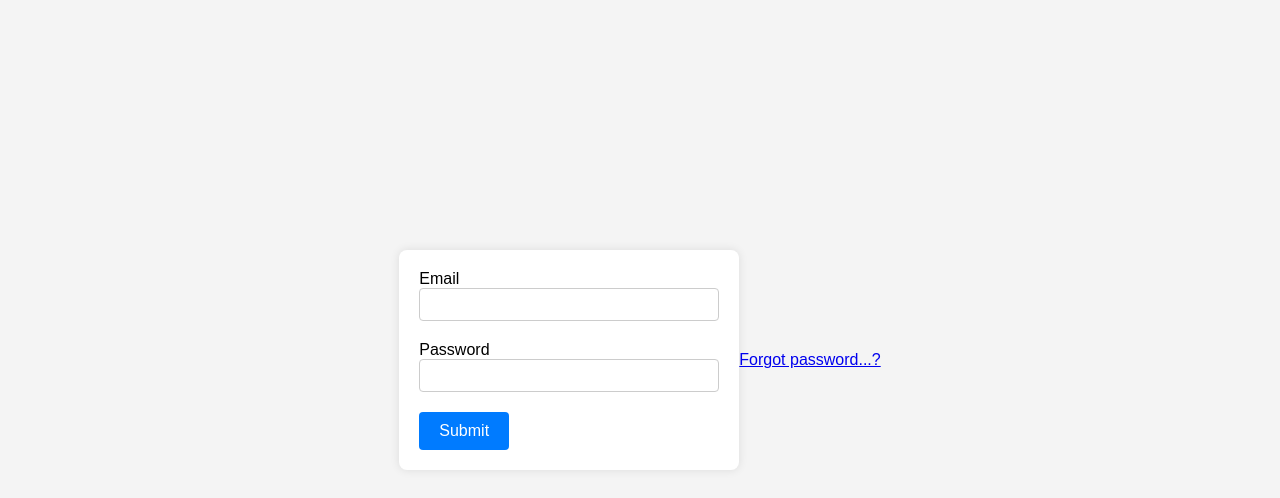
Repository: Ndifoinhilary/authentication
Page: http://localhost/auth/login/
The author's editor kept a copy of each file at every save. The page is drawn from the files as they stood at one save, then again after the next save.
The browser window is 1280 px wide. The pictures show the whole page.
The page is served by the project's application, run on Django 3.2 (manage.py). Other server files are loaded and not shown.

Above is the page before, as saved 2024-01-05 19:15:27.

### Auth/templates/login.html
<!DOCTYPE html>
<html lang="en">

<head>
    <meta charset="UTF-8">
    <meta name="viewport" content="width=device-width, initial-scale=1.0">
    <style>
        body {
            font-family: 'Arial', sans-serif;
            background-color: #f4f4f4;
            margin: 0;
            padding: 0;
            display: flex;
            justify-content: center;
            align-items: center;
            height: 100vh;
        }

        form {
            background-color: #fff;
            padding: 20px;
            border-radius: 8px;
            box-shadow: 0 0 10px rgba(0, 0, 0, 0.1);
            width: 300px;
        }

        .input {
            margin-bottom: 20px;
        }

        .label {
            display: block;
            margin-bottom: 5px;
            font-weight: bold;
        }

        .form-control {
            width: 100%;
            padding: 8px;
            border: 1px solid #ccc;
            border-radius: 4px;
            box-sizing: border-box;
        }

        .mb-4 {
            margin-bottom: 16px;
        }

        .btn {
            background-color: #007bff;
            color: #fff;
            padding: 10px 20px;
            border: none;
            border-radius: 4px;
            cursor: pointer;
            font-size: 16px;
        }

        .btn:hover {
            background-color: #0056b3;
        }
        a{
            display:block;
            clear:both;
        }
    </style>
</head>

<body>
    <form action="{% url 'login'  %}" class="form-border" method="POST">
        {% csrf_token %}
        <div class="input">
         <lable class="lable">Email</lable>
         <input type="email" name="email" class="form-control mb4">
        </div>
        <div class="input">
            <lable class="lable">Password</lable>
            <input type="password" name="password" class="form-control mb4">
           </div>
         <button type="submit" class="btn">Submit</button>

    </form>
   <a href="#"> Forgot password...?  </a>
</body>

</html>

### Auth/views.py
# pylint: disable=unused-argument
from django.shortcuts import render, redirect
from django.contrib import messages
from django.contrib.auth import authenticate, login, logout
from django.urls import reverse_lazy, reverse
from django.views.generic import FormView
from Auth.forms import RegistrationForm
from Auth.models import User

# Create your views here.


def homePage(request):
    user = request.user
    return render(request, "home.html", {"user": user})


def registerUser(request):
    form = RegistrationForm()

    if request.method == "POST":
        form = RegistrationForm(request.POST)
        if form.is_valid():
            user = form.save(commit=False)
            user.email = user.email.lower()
            new_user = user.save()
            new_user = authenticate(
                request,
                email=form.cleaned_data["email"],
                password=form.cleaned_data["password"],
            )
            check = new_user is not None
            if check:
                login(request, user)
                return redirect("home")
        else:
            messages.error(request, "Invalid form check your data")
    return render(request, "register.html", {"form": form})


def loginUser(request):
    if request.method == "POST":
        email = request.POST.get("email")
        password = request.POST.get("password")
        try:
            user = User.objects.get(email=email)
        except:
            messages.error(request, "Invalid form check your data")
        user = authenticate(request, email=email, password=password)
        check = user is not None and user.check_password(password)
        if check:
            login(request, user)
            return redirect("home")

    return render(request, "login.html")


def logoutUser(request):
    logout(request)
    return redirect("home")

### authentication/urls.py
from django.contrib import admin
from django.urls import path, include
from django.conf import settings
from django.conf.urls.static import static

urlpatterns = [path("admin/", admin.site.urls), path("", include("Auth.urls"))]


urlpatterns += static(settings.MEDIA_URL, document_root=settings.MEDIA_ROOT)
urlpatterns += static(settings.STATIC_URL, document_root=settings.MEDIA_ROOT)

### Auth/urls.py
# pylint: disable=trailing-whitespace
from django.urls import path

from . import views


urlpatterns = [
    path("", views.homePage, name="home"),
    path("auth/login/", views.loginUser, name="login"),
    path("auth/register/", views.registerUser, name="register"),
    path("auth/logout/", views.logoutUser, name="logout"),
]

After the next save:
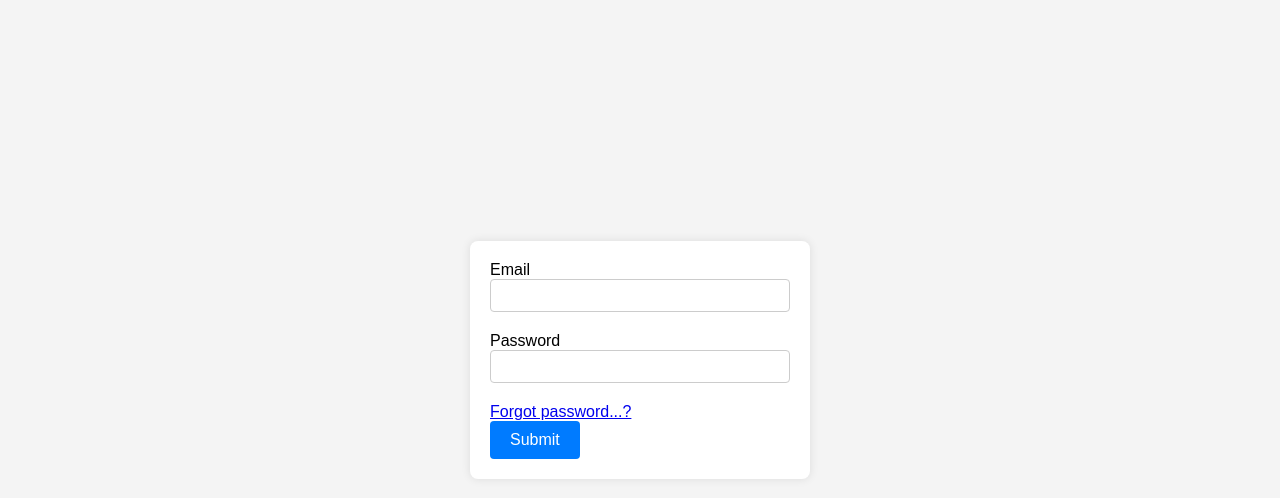
Saved 31 s later.
--- a/Auth/templates/login.html
+++ b/Auth/templates/login.html
@@ -77,10 +77,11 @@
             <lable class="lable">Password</lable>
             <input type="password" name="password" class="form-control mb4">
            </div>
+           <a href="#"> Forgot password...?  </a>
          <button type="submit" class="btn">Submit</button>
 
     </form>
-   <a href="#"> Forgot password...?  </a>
+
 </body>
 
 </html>
